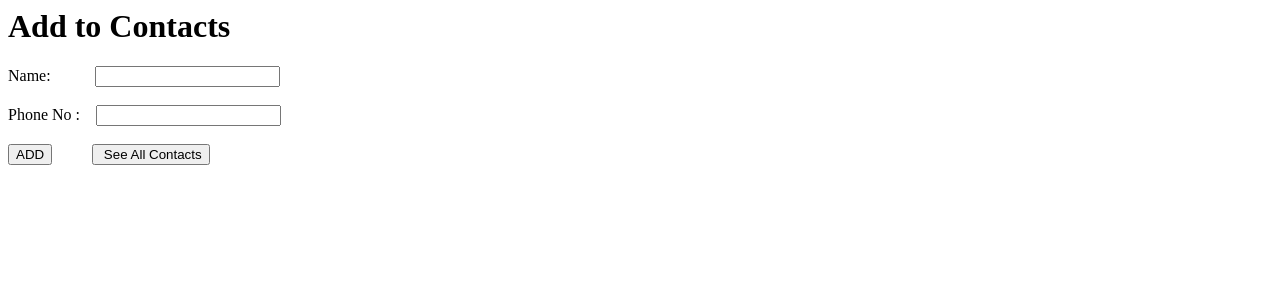
Repository: nikhilbad7/jsp-practicals
Page: classwork/WebContent/exp13add.html
An editor plug-in stored every save of this project. The page is shown before and after the next save, followed by the edit.
The browser window is 1280 px wide. The pictures show the whole page.

Above is the page before, as saved 2018-04-12 06:05:44.

### classwork/WebContent/exp13add.html
<html>
	<head>
		<title>Add to Contacts</title>
		<script>
			function back(){
				window.location("exp13.html");
			}
		</script>
	</head>
	<body>
		<h1>Add to Contacts</h1>
		<form action="">
			Name: &nbsp;&nbsp;&nbsp;&nbsp;&nbsp;&nbsp;&nbsp;&nbsp;&nbsp;&nbsp;<input type="text" name="name" /><br/><br/>
			Phone No : &nbsp;&nbsp;&nbsp;<input type="text" name="phn" /><br/><br/>
			<input type="submit" value="ADD" /> &nbsp;&nbsp;&nbsp;&nbsp;&nbsp;&nbsp;&nbsp;&nbsp;
			<input type="button" value=" See All Contacts" onclick="back()" />
		</form>
		</body>
</html>

After the next save:
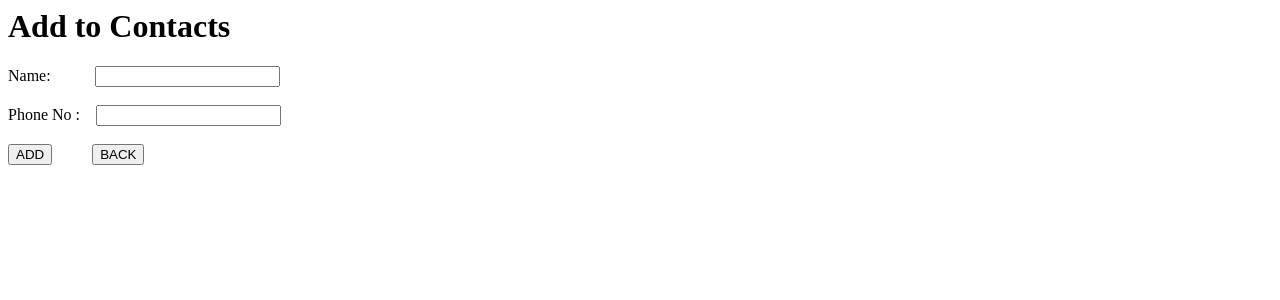
Saved 19 s later.
--- a/classwork/WebContent/exp13add.html
+++ b/classwork/WebContent/exp13add.html
@@ -13,7 +13,7 @@
 			Name: &nbsp;&nbsp;&nbsp;&nbsp;&nbsp;&nbsp;&nbsp;&nbsp;&nbsp;&nbsp;<input type="text" name="name" /><br/><br/>
 			Phone No : &nbsp;&nbsp;&nbsp;<input type="text" name="phn" /><br/><br/>
 			<input type="submit" value="ADD" /> &nbsp;&nbsp;&nbsp;&nbsp;&nbsp;&nbsp;&nbsp;&nbsp;
-			<input type="button" value=" See All Contacts" onclick="back()" />
+			<input type="button" value="BACK" onclick="back()" />
 		</form>
 		</body>
 </html>
